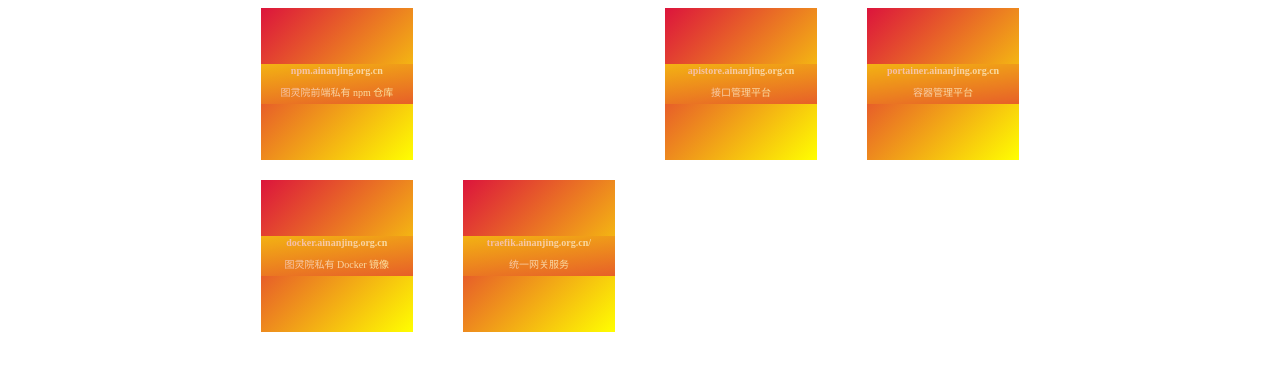
Repository: heweiwei1/portainer
Page: index.html
These files come from the project's save history. The page is drawn as it stood at one moment and after the next save; the edit follows.
The browser window is 1280 px wide. The pictures show the whole page.

Above is the page before, as saved 2021-04-13 17:57:42.

After the next save:
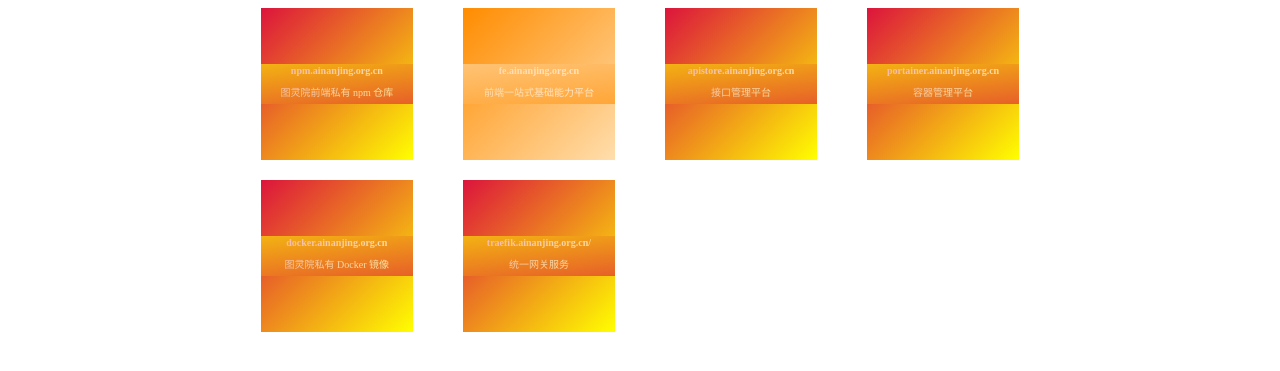
Saved 23 s later.
--- a/index.css
+++ b/index.css
@@ -48,10 +48,10 @@ a {
   background-image: linear-gradient(to top left,#dc143c,#ffff00);
 }
 .demo-2 {
-  background-image: linear-gradient(to bottom right,#ff8c00);
+  background-image: linear-gradient(to bottom right,#ff8c00,#ffdead);
 }
 .demo-2 .trans{
-  background-image: linear-gradient(to top left,#ff8c00);
+  background-image: linear-gradient(to top left,#ff8c00,#ffdead);
 }
 .demo-3 {
   background-image: linear-gradient(to bottom right,#dc143c,#ffff00);
